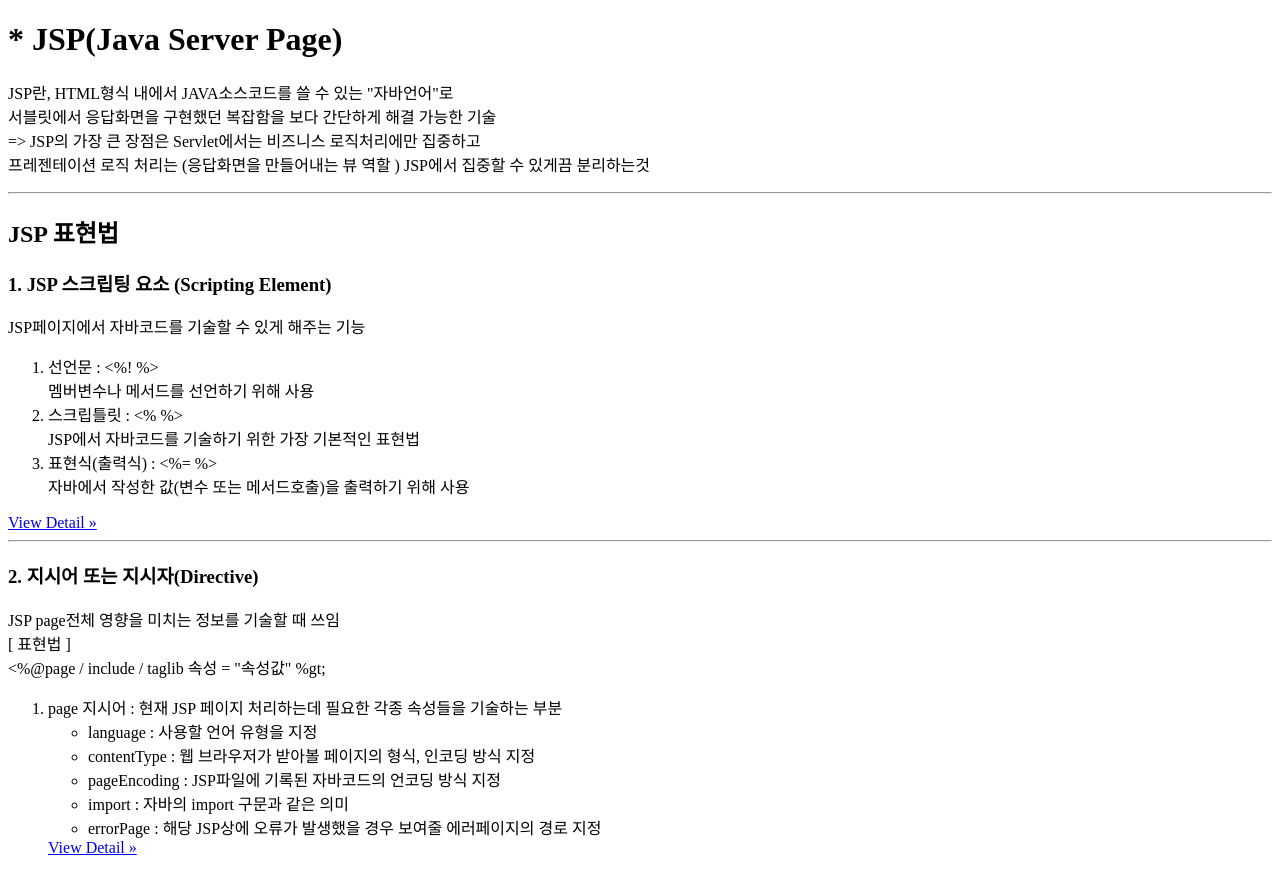
Repository: DonghwanSon1/StudyAndSubwayStore
Page: 2_JSP/WebContent/index.html
An editor plug-in stored every save of this project. The page is shown before and after the next save, followed by the edit.
The browser window is 1280 px wide. The pictures show the whole page.

Above is the page before, as saved 2022-06-02 07:16:00.

After the next save:
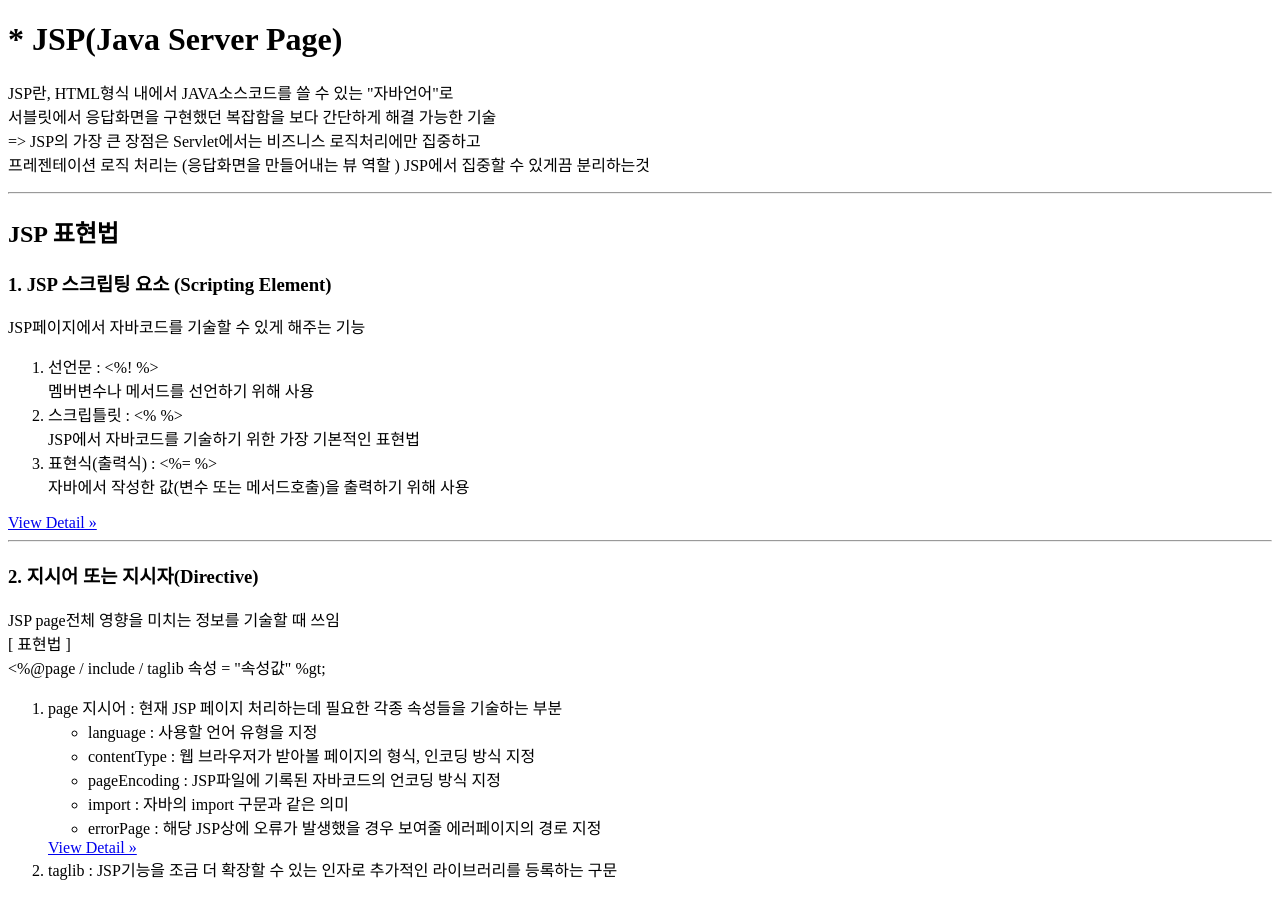
Saved 100 s later.
--- a/2_JSP/WebContent/index.html
+++ b/2_JSP/WebContent/index.html
@@ -64,6 +64,9 @@
 			</ul>
 			<a href="views/02_DirectivePage.jsp">View Detail &raquo;</a>
 		</li>
+		<li>
+			taglib : JSP기능을 조금 더 확장할 수 있는 인자로 추가적인 라이브러리를 등록하는 구문 <br>
+		</li>
 	</ol>
 
 
